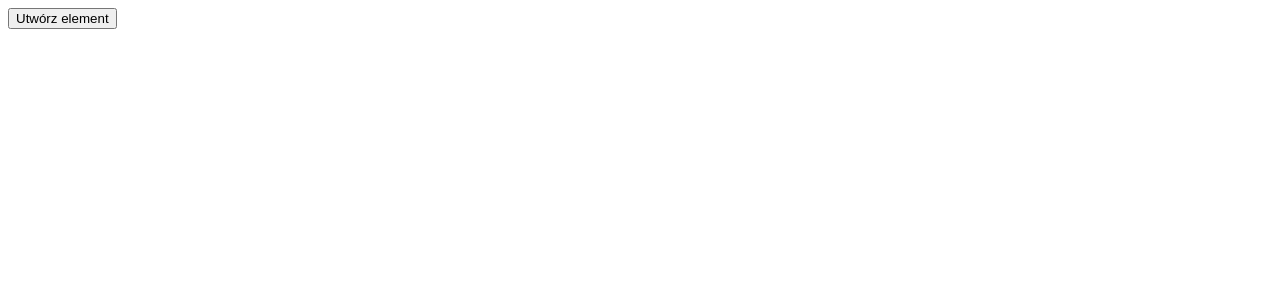
Repository: KasiaJakubowska/square-and-circle
Page: index.html
The author's editor kept a copy of each file at every save. The page is drawn from the files as they stood at one save, then again after the next save.
The browser window is 1280 px wide. The pictures show the whole page.

Above is the page before, as saved 2019-02-22 22:07:39.

After the next save:
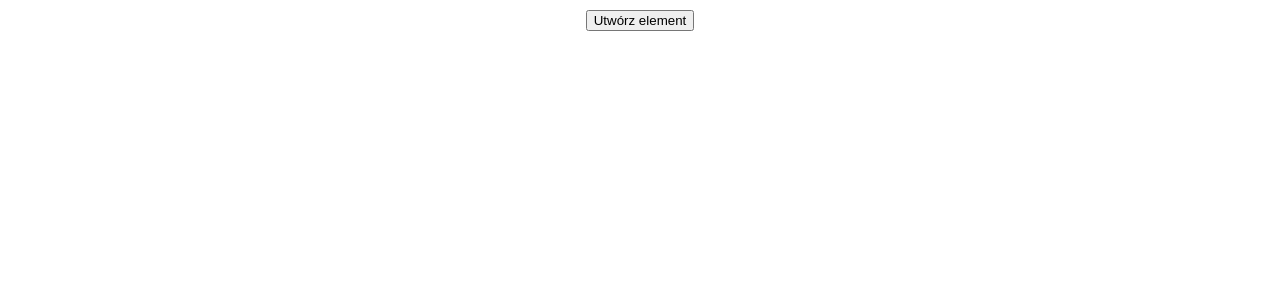
Saved 104 s later.
--- a/index.html
+++ b/index.html
@@ -8,7 +8,20 @@
     <link rel="stylesheet" href="style.css">
     <title>Document</title>
     <style>
-        button
+        button {
+            display: block;
+            margin: 10px auto;
+        }
+        div {
+            width: 30px;
+            height: 30px;
+            background-color: black;
+            margin: 5px;
+            float: left;
+            color: white;
+            text-align: center;
+            line-height: 30px;
+        }
     </style>
 </head>
 
